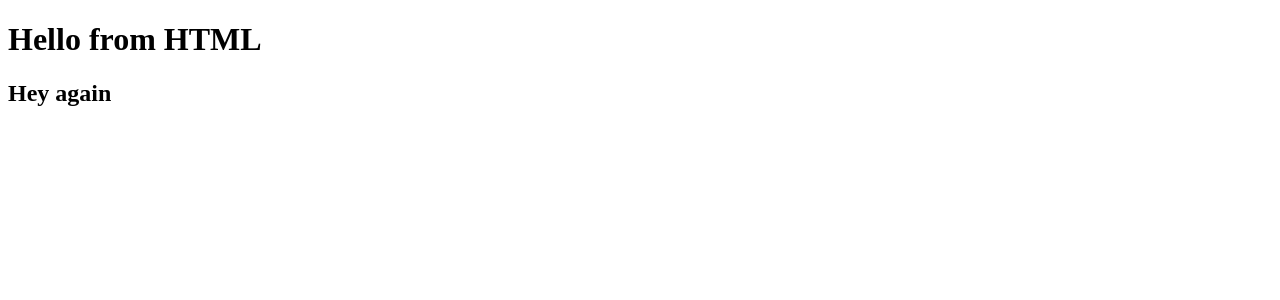
Repository: vinayingalahalli/java_batch1_revature
Page: revature_java/my_first_web_app/WebContent/index.html
The author's editor kept a copy of each file at every save. The page is drawn from the files as they stood at one save, then again after a run of saves.
The browser window is 1280 px wide. The pictures show the whole page.

Above is the page before, as saved 2019-09-03 15:36:46.

### revature_java/my_first_web_app/WebContent/index.html
<!DOCTYPE html>
<html>
<head>
<meta charset="ISO-8859-1">
<title>First Page</title>
</head>
<body>
<h1>Hello from HTML</h1>
<h2>Hey again</h2>
<!-- <form action=""></form>
<table border=""></table> -->
</body>
</html>

Loaded but not shown: revature_java/my_first_web_app/WebContent/css/index.css (common file)

After the next 2 saves:
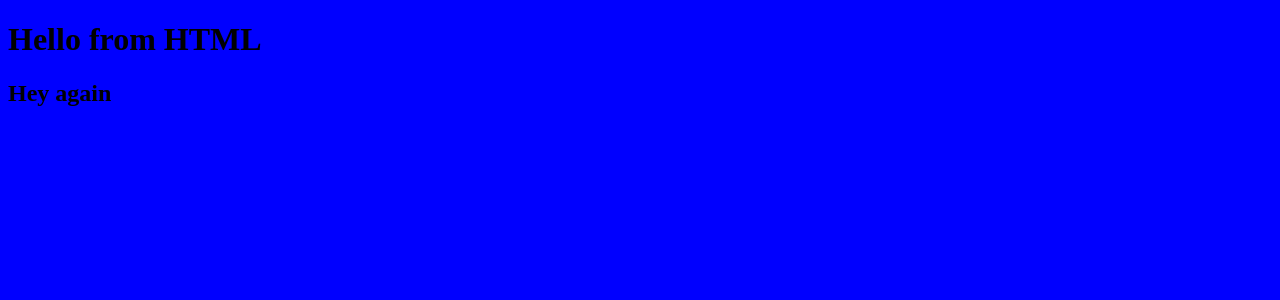
The 2 saves are shown as one change because they came seconds apart.
The last was saved 48 s later.
--- a/revature_java/my_first_web_app/WebContent/index.html
+++ b/revature_java/my_first_web_app/WebContent/index.html
@@ -3,6 +3,7 @@
 <head>
 <meta charset="ISO-8859-1">
 <title>First Page</title>
+<link rel="stylesheet" href="/css/index.css">
 </head>
 <body>
 <h1>Hello from HTML</h1>
